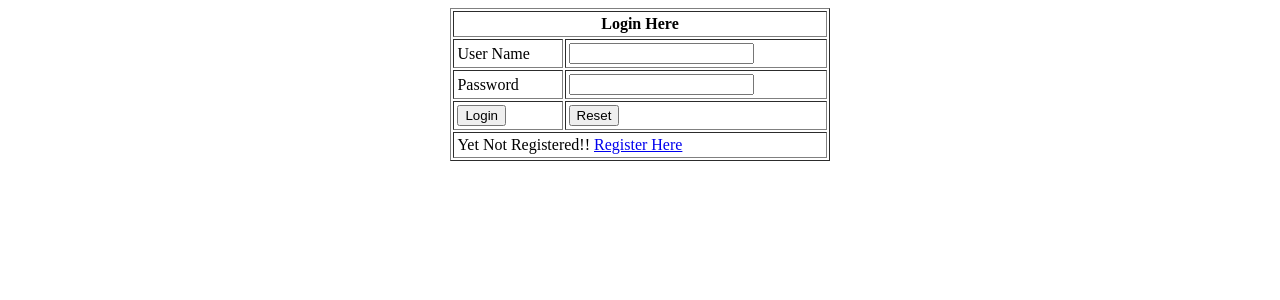
Repository: balu-sadanandan/demoProject
Page: http://localhost/emp_database/login1.jsp
An editor plug-in stored every save of this project. The page is shown before and after the next save, followed by the edit.
The browser window is 1280 px wide. The pictures show the whole page.
The page is served by Tomcat 9.

Above is the page before, as saved 2017-09-06 11:06:04.

After the next save:
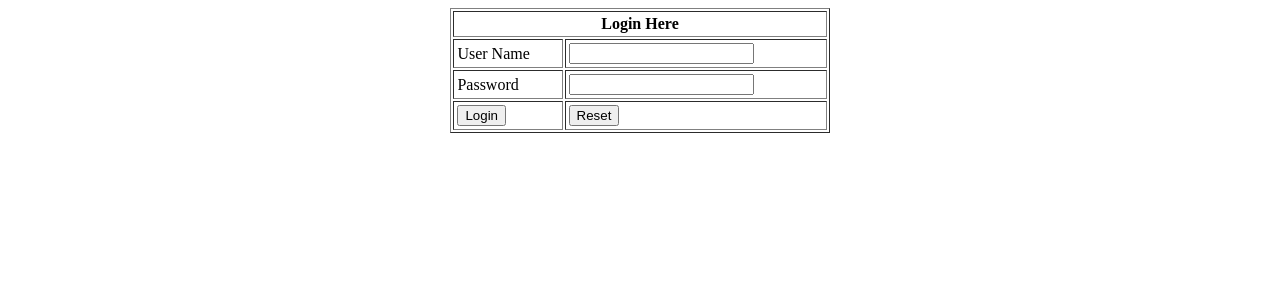
Saved 15 s later.
--- a/emp_database/WebContent/login1.jsp
+++ b/emp_database/WebContent/login1.jsp
@@ -27,9 +27,7 @@
                         <td><input type="submit" value="Login" /></td>
                         <td><input type="reset" value="Reset" /></td>
                     </tr>
-                    <tr>
-                        <td colspan="2">Yet Not Registered!! <a href="reg.jsp">Register Here</a></td>
-                    </tr>
+
                 </tbody>
             </table>
             </center>
